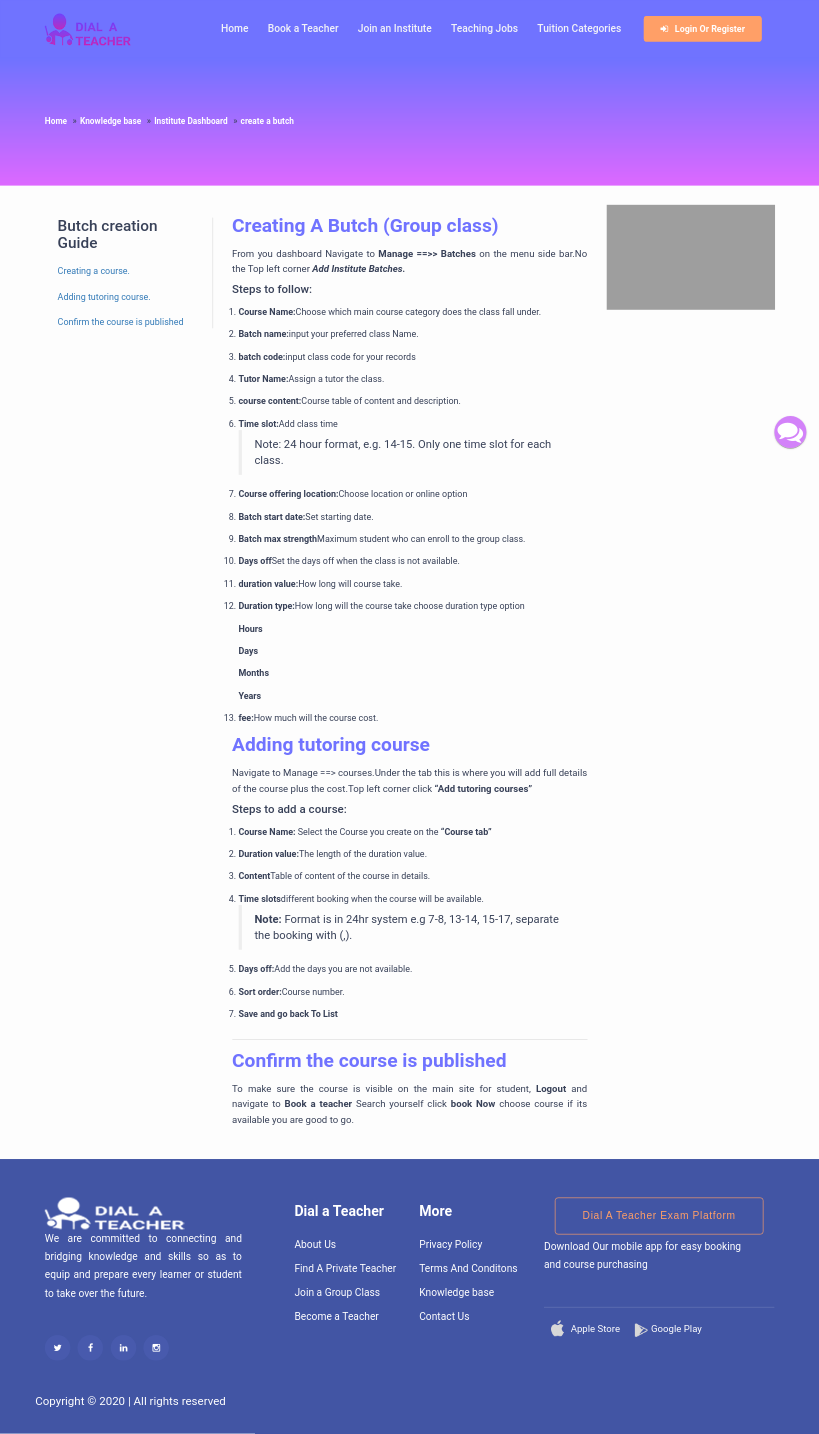
Repository: Samkiroko/DAT_knowledge
Page: knowledge_base/butch.html
The author's editor kept a copy of each file at every save. The page is drawn from the files as they stood at one save, then again after the next save.
The browser window is 1280 px wide. The pictures show the whole page, at 64% of full size.
Pictures or frames that could not be fetched are drawn as grey boxes.

Above is the page before, as saved 2020-12-18 12:17:43.
Console error: TypeError: e.indexOf is not a function

After the next save:
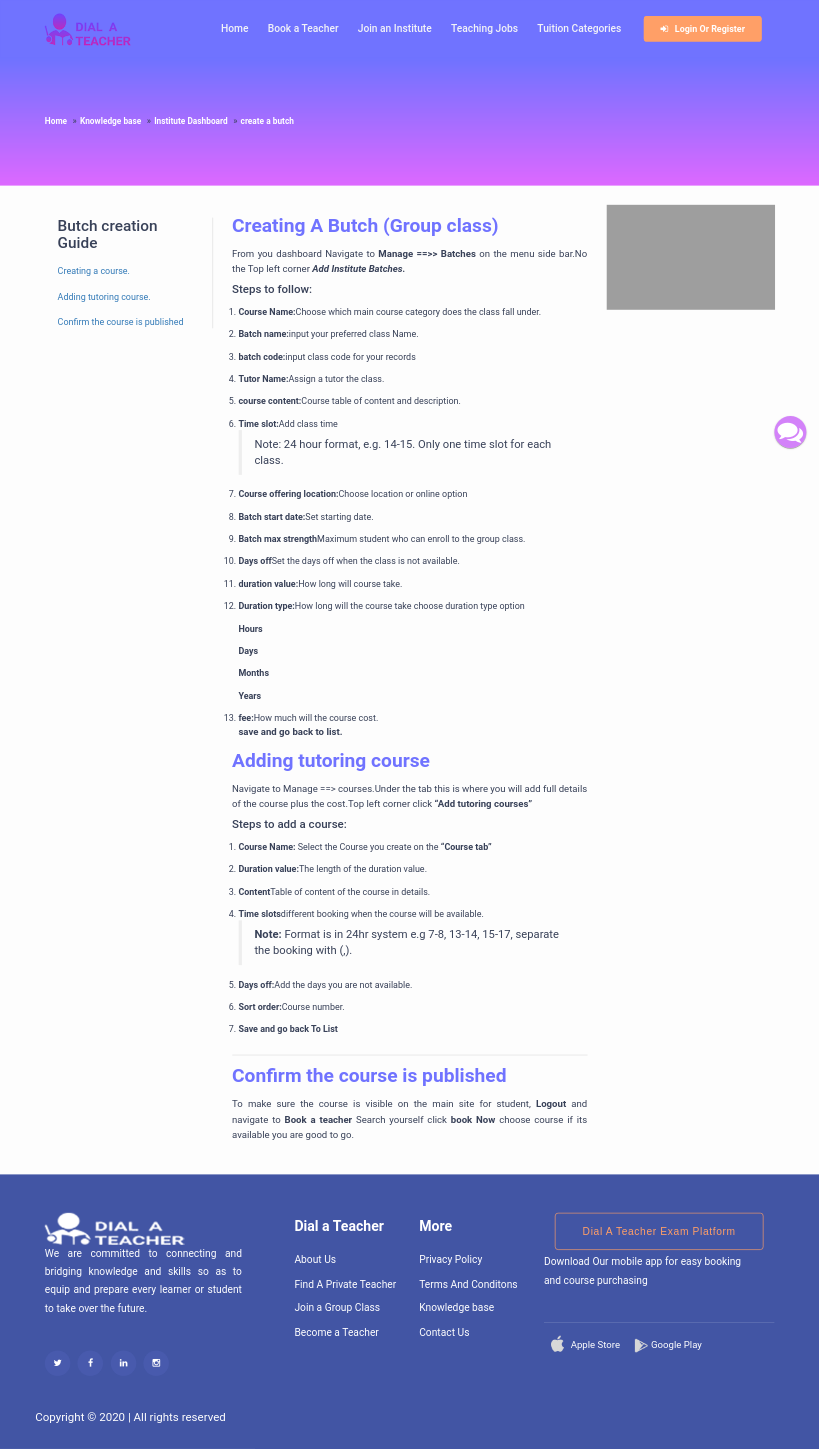
Saved 27 s later.
--- a/knowledge_base/butch.html
+++ b/knowledge_base/butch.html
@@ -180,6 +180,7 @@
                     </ul>
                   </li>
                   <li><b>fee:</b>How much will the course cost.</li>
+                  <p><b>save and go back to list.</b></p>
                 </ol>
 
                 </p>
